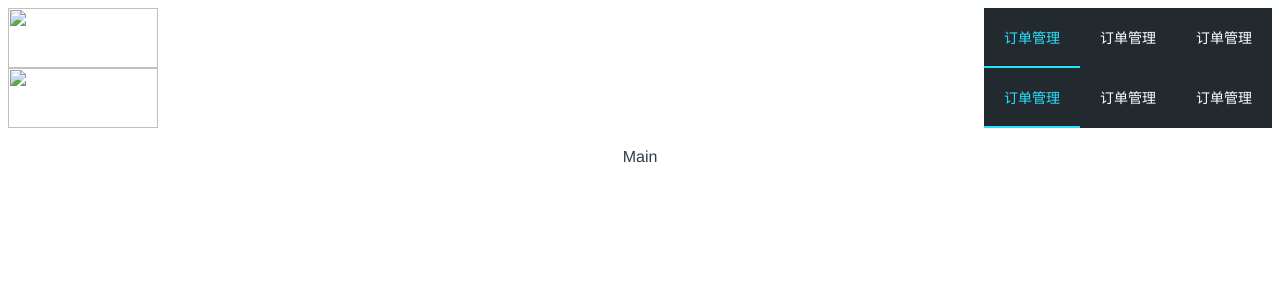
Repository: TheWomanLiketheWind/woodpecker
Page: /
An editor plug-in stored every save of this project. The page is shown before and after the next save, followed by the edit.
The browser window is 1280 px wide. The pictures show the whole page.
The project was rebuilt for these pictures with package versions that can differ from the ones it lists, and the page was loaded fresh each time. Imported but missing from the stored project, and not drawn on this page: src/views/About.vue.

Above is the page before, as saved 2019-07-25 15:06:45.

After the next save:
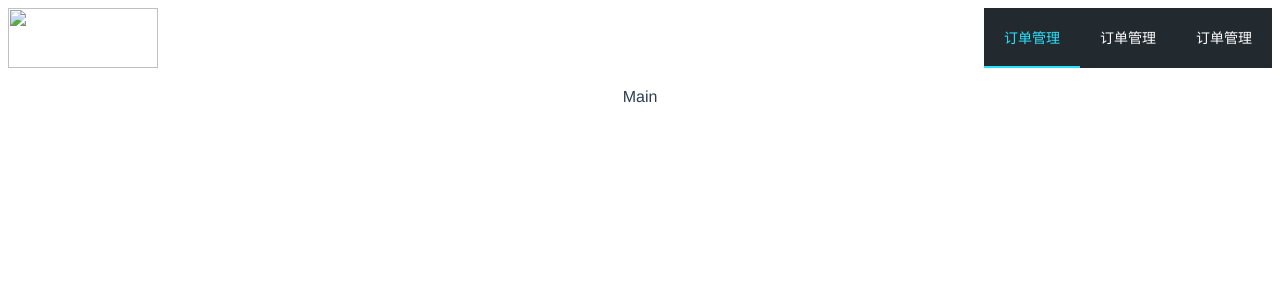
Saved 6 s later.
--- a/src/views/Home.vue
+++ b/src/views/Home.vue
@@ -15,7 +15,7 @@
                       :index="item.index">{{item.name}}</el-menu-item>
       </el-menu>
     </el-header>
-    <AHead></AHead>
+    <!-- <AHead></AHead> -->
     <el-main>Main</el-main>
   </el-container>
 </template>
